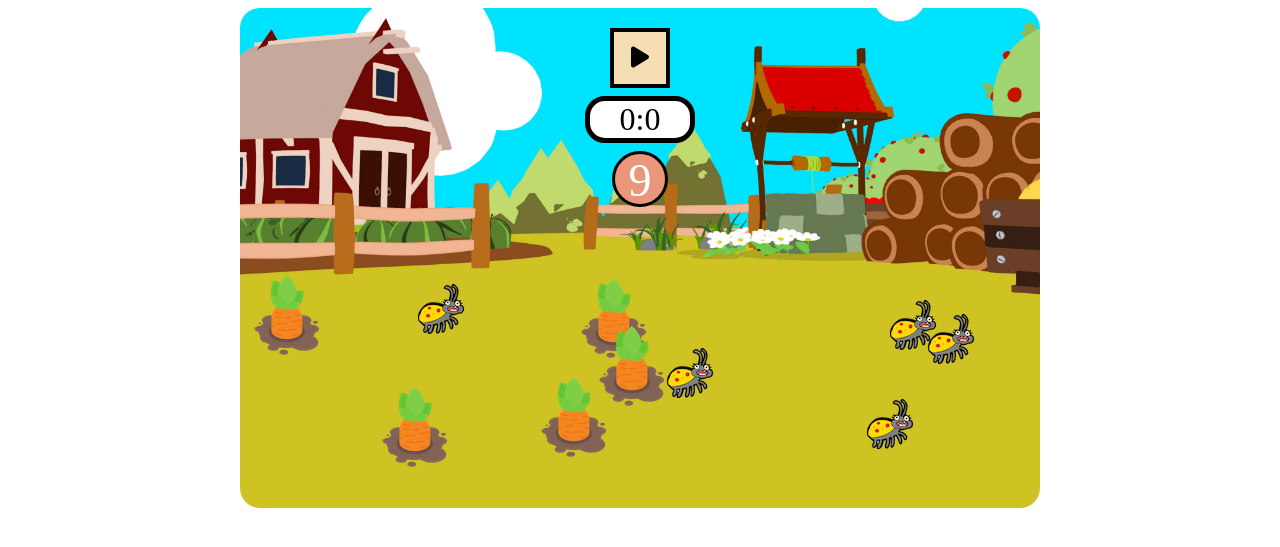
Repository: dhchun1203/browser-practice-works-
Page: carrot/index.html
The author's editor kept a copy of each file at every save. The page is drawn from the files as they stood at one save, then again after the next save.
The browser window is 1280 px wide. The pictures show the whole page.
Some web libraries are served in a nearby version.

Above is the page before, as saved 2021-01-10 17:51:28.
Console error: TypeError: Cannot read properties of null (reading 'addEventListener')

After the next save:
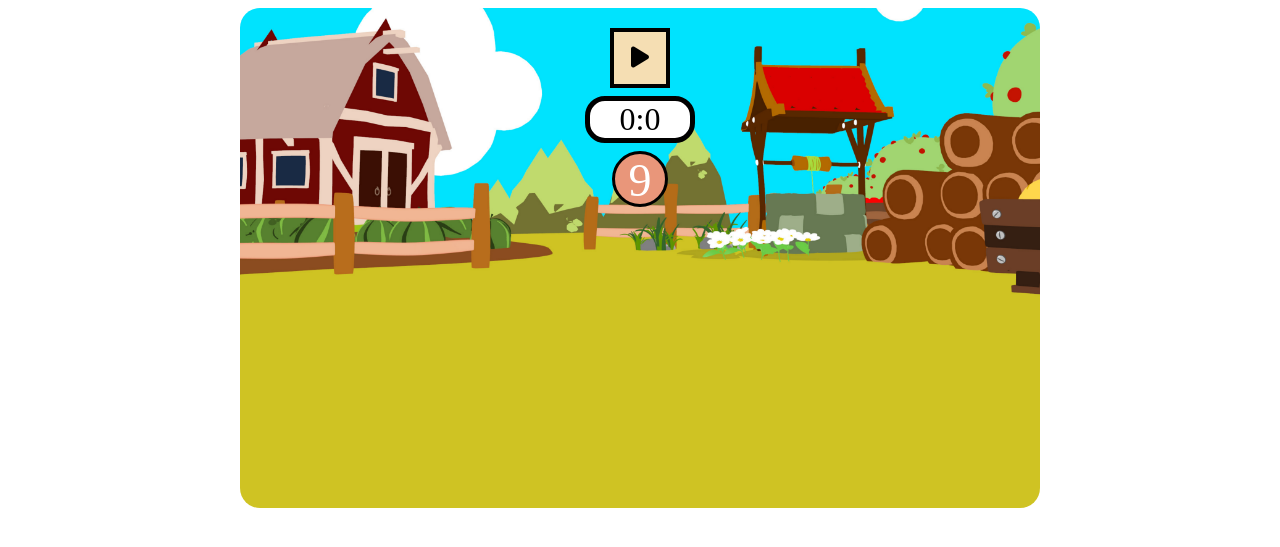
Saved 4 s later.
--- a/carrot/main.js
+++ b/carrot/main.js
@@ -32,7 +32,6 @@ function randomNumber(min, max) {
 	return Math.random() * (max - min) + min;
 }
 
-initGame();
 const playtBtn = document.querySelector(".game__buttom");
 playtBtn.addEventListener("click", () => {
 	initGame();
